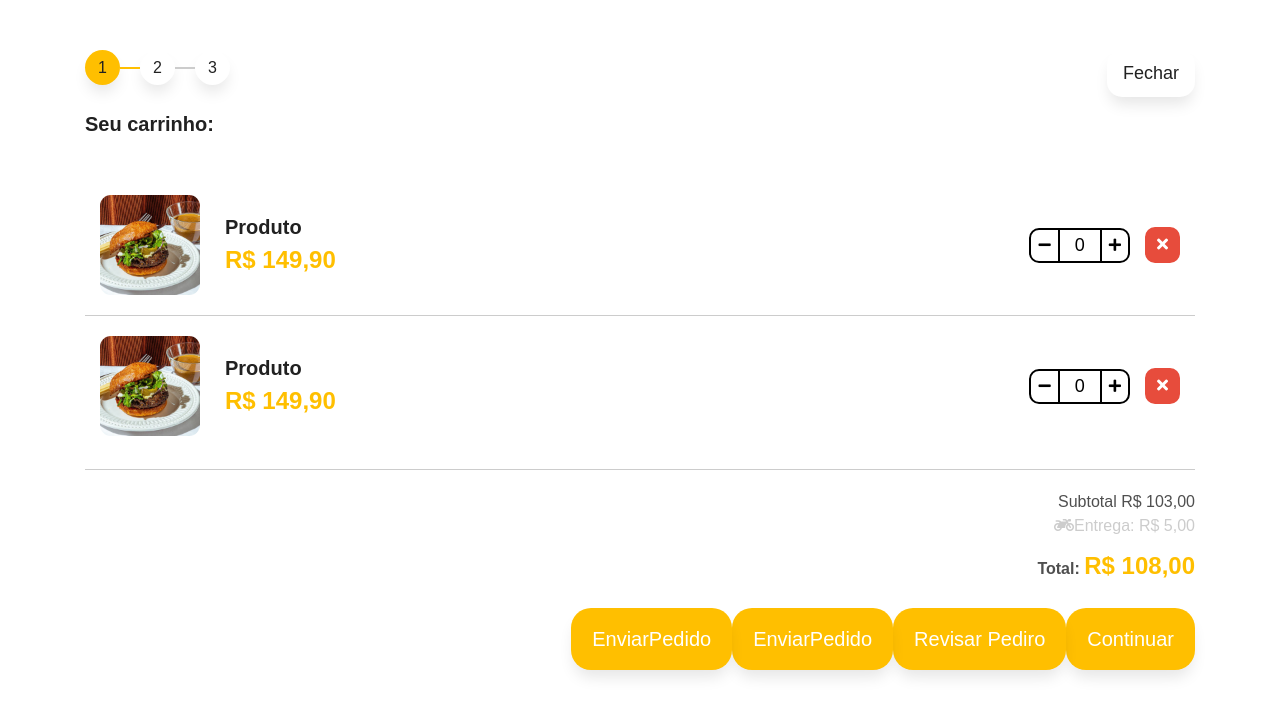
Repository: darkness318/restaraunt
Page: index.html
These files come from the project's save history. The page is drawn as it stood at one moment and after the next save; the edit follows.
The browser window is 1280 px wide. The pictures show the window.
A layer covers the whole window, so only the first screen is drawn.

Above is the page before, as saved 2024-10-01 10:23:37.

### index.html
<!DOCTYPE html>
<html lang="pt-br">
  <head>
    <meta charset="UTF-8" />
    <meta name="viewport" content="width=device-width, initial-scale=1.0" />
    <title>Restaurente - Seja bem vindo!</title>
    <link rel="stylesheet" href="./css/bootstrap.min.css" />
    <link rel="stylesheet" href="./css/fontawesome.css" />
    <link rel="stylesheet" href="./css/main.css" />
  </head>

  <body>
    <section class="header">
      <div class="container">
        <nav class="navbar navbar-expand-lg pl-0 pr-0">
          <a class="navbar-brand" href="#">
            <img src="./img/logo.png" width="160" class="img-logo" />
          </a>
          <button
            class="navbar-toggler"
            type="button"
            data-toggle="collapse"
            data-target="#navbarNavDropdown"
          >
            <span class="navbar-toggler-icon">
              <i class="fas fa-bars"></i>
            </span>
          </button>
          <div class="collapse navbar-collapse" id="navbarNavDropdown">
            <ul class="navbar-nav ml-auto mr-auto">
              <li class="nav-item">
                <a href="#reservas" class="nav-link"><b>Reservas</b></a>
              </li>
              <li class="nav-item">
                <a href="#servicos" class="nav-link"><b>Serviços</b></a>
              </li>
              <li class="nav-item">
                <a href="#cardapio" class="nav-link"><b>Cardápio</b></a>
              </li>
              <li class="nav-item">
                <a href="#depoimentos" class="nav-link"><b>Depoimentos</b></a>
              </li>
            </ul>
            <a class="btn btn-white btn-icon">
              Meu carrinho
              <span class="icon">
                <i class="fa fa-shopping-bag"></i>
              </span>
            </a>
          </div>
        </nav>
      </div>
    </section>

    <section class="banner">
      <div class="container">
        <div class="row">
          <div class="col-6">
            <div class="d-flex text-banner">
              <h1>
                <b>Escolha sua comida <b class="color-primary">favorita.</b></b>
              </h1>
              <p>
                Aproveite nosso cardápio! Escolha o que desejar e receba em sua
                casa de forma rápida e segura.
              </p>
              <div>
                <a class="btn btn-yellow mt-4 mr-3"> Ver Cardápio </a>
                <a href="#" class="btn btn-white btn-icon-left mt-4">
                  <span class="icon-left">
                    <i class="fa fa-phone"></i>
                  </span>
                  (66) 9 9999-8888
                </a>
              </div>
            </div>
            <a class="btn btn-sm btn-white btn-social mt-4 mr-3">
              <i class="fab fa-instagram"></i>
            </a>
            <a class="btn btn-sm btn-white btn-social mt-4 mr-3">
              <i class="fab fa-facebook-f"></i>
            </a>
            <a class="btn btn-sm btn-white btn-social mt-4">
              <i class="fab fa-whatsapp"></i>
            </a>
          </div>
          <div class="col-6">
            <div class="card-banner"></div>
            <div class="d-flex img-banner">
              <img src="./img/burguer.png" />
            </div>
            <div class="card card-case">
              "Entrega rápida e funcionários simpáticos.
              <br />A comida chegou quente e <br />
              muito saborosa!"
              <span class="card-case-name">
                <b>Thiago Lopes</b>
              </span>
            </div>
          </div>
        </div>
      </div>
    </section>
    <section class="servicos" id="servicos">
      <div class="background-servicos"></div>

      <div class="container">
        <div class="class row">
          <div class="col-12 text-center mb-5">
            <span class="hint-title"><b>Serviços</b></span>
            <h1 class="title">
              <b>Como são nossos serviços?</b>
            </h1>
          </div>

          <div class="col-4 mb-5">
            <div class="card-icon text-center">
              <img src="./img/icone-pedido.svg" width="150 " />
            </div>

            <div class="card-text text-center mt-3">
              <p><b>Fácil de pedir</b></p>
              <span>
                Você só precisa de alguns passos para pedir sua comida.
              </span>
            </div>
          </div>

          <div class="col-4 mb-5">
            <div class="card-icon text-center">
              <img src="./img/icone-delivery.svg" width="250 " />
            </div>

            <div class="card-text text-center mt-3">
              <p><b>Entrega Rápida</b></p>
              <span> Nossa entrega é sempre pontual, rápida e segura. </span>
            </div>
          </div>

          <div class="col-4 mb-5">
            <div class="card-icon text-center">
              <img src="./img/icone-qualidade.svg" width="250 " />
            </div>

            <div class="card-text text-center mt-3">
              <p><b>Melhor qualidade</b></p>
              <span>
                Não só a rapidez na entrega, a qualidade também é o nosso forte.
              </span>
            </div>
          </div>
        </div>
      </div>
    </section>
    <section class="cardapio" id="cardapio">
      <div class="background-cardapio"></div>

      <div class="container">
        <div class="row">
          <div class="col-12 text-center mb-5">
            <span class="hint-title"><b>Cardápio</b></span>
            <h1 class="title">
              <b>Conheça o nosso Cardápio</b>
            </h1>
          </div>

          <div class="col-12 container-menu">
            <a class="btn btn-white btn-sm mr-3">
              <i class="fas fa-hamburger"></i>&nbsp;Burgers
            </a>
            <a class="btn btn-white btn-sm mr-3">
              <i class="fas fa-pizza-slice"></i>&nbsp;Pizzas
            </a>
            <a class="btn btn-white btn-sm mr-3">
              <i class="fas fa-drumstick-bite"></i>&nbsp;Churrasco
            </a>
            <a class="btn btn-white btn-sm mr-3">
              <i class="fas fa-bacon"></i>&nbsp;Steaks
            </a>
            <a class="btn btn-white btn-sm mr-3">
              <i class="fas fa-cocktail"></i>&nbsp;Bebidas
            </a>
            <a class="btn btn-white btn-sm mr-3">
              <i class="fas fa-ice-cream"></i>&nbsp;Sobremesas
            </a>
          </div>

          <div class="col-12">
            <div class="row" id="itensCardapio">
              <div class="col-3 mb-5">
                <div class="card card-item">
                  <div class="img-produto">
                    <img
                      src="./img/cardapio/burguers/burger-au-poivre-kit-4-pack.3ca0e39b02db753304cd185638dad518.jpg"
                    />
                  </div>
                  <p class="title-produto text-center mt-4">
                    <b>Nome do produto muito grande</b>
                  </p>
                  <p class="price-produto text-center">
                    <b>R$ 154,90</b>
                  </p>

                  <div class="add-carrinho">
                    <span class="btn-menos"><i class="fas fa-minus"></i></span>
                    <span class="btn-numero-itens">0</span>
                    <span class="btn-mais"><i class="fas fa-plus"></i></span>
                    <span class="btn btn-add"
                      ><i class="fa fa-shopping-bag"></i
                    ></span>
                  </div>
                </div>
              </div>

              <div class="col-3 mb-5">
                <div class="card card-item">
                  <div class="img-produto">
                    <img
                      src="./img/cardapio/burguers/burger-au-poivre-kit-4-pack.3ca0e39b02db753304cd185638dad518.jpg"
                    />
                  </div>
                  <p class="title-produto text-center mt-4">
                    <b>Nome do produto muito grande</b>
                  </p>
                  <p class="price-produto text-center">
                    <b>R$ 154,90</b>
                  </p>

                  <div class="add-carrinho">
                    <span class="btn-menos"><i class="fas fa-minus"></i></span>
                    <span class="btn-numero-itens">0</span>
                    <span class="btn-mais"><i class="fas fa-plus"></i></span>
                    <span class="btn btn-add"
                      ><i class="fa fa-shopping-bag"></i
                    ></span>
                  </div>
                </div>
              </div>

              <div class="col-3 mb-5">
                <div class="card card-item">
                  <div class="img-produto">
                    <img
                      src="./img/cardapio/burguers/burger-au-poivre-kit-4-pack.3ca0e39b02db753304cd185638dad518.jpg"
                    />
                  </div>
                  <p class="title-produto text-center mt-4">
                    <b>Nome do produto muito grande</b>
                  </p>
                  <p class="price-produto text-center">
                    <b>R$ 154,90</b>
                  </p>

                  <div class="add-carrinho">
                    <span class="btn-menos"><i class="fas fa-minus"></i></span>
                    <span class="btn-numero-itens">0</span>
                    <span class="btn-mais"><i class="fas fa-plus"></i></span>
                    <span class="btn btn-add"
                      ><i class="fa fa-shopping-bag"></i
                    ></span>
                  </div>
                </div>
              </div>

              <div class="col-3 mb-5">
                <div class="card card-item">
                  <div class="img-produto">
                    <img
                      src="./img/cardapio/burguers/burger-au-poivre-kit-4-pack.3ca0e39b02db753304cd185638dad518.jpg"
                    />
                  </div>
                  <p class="title-produto text-center mt-4">
                    <b>Nome do produto muito grande</b>
                  </p>
                  <p class="price-produto text-center">
                    <b>R$ 154,90</b>
                  </p>

                  <div class="add-carrinho">
                    <span class="btn-menos"><i class="fas fa-minus"></i></span>
                    <span class="btn-numero-itens">0</span>
                    <span class="btn-mais"><i class="fas fa-plus"></i></span>
                    <span class="btn btn-add"
                      ><i class="fa fa-shopping-bag"></i
                    ></span>
                  </div>
                </div>
              </div>
            </div>
          </div>
          <div class="col-12 text-center">
            <a class="btn btn-white btn-sm">Ver mais</a>
          </div>
        </div>
      </div>
    </section>
    <section class="depoimentos" id="depoimentos">
      <div class="background-depoimentos"></div>
      <div class="container">
        <div class="row">
          <div class="col-5 text-center">
            <div class="card-depoimentos"></div>
            <div class="d-flex img-banner">
              <img src="./img/pizzas.png" />
            </div>
          </div>

          <div class="col-7">
            <span class="hint-title"><b>Depoimentos</b></span>
            <h1 class="title">
              <b>O que dizem sobre nós</b>
            </h1>
            <div class="mb-5">
              <div class="depoimento" id="depoimento-1">
                <div class="container-dados-depoimento">
                  <div class="imagem-depoimento"></div>
                  <div>
                    <p class="nome-depoimento"><b>Diego Pereira</b></p>
                    <p class="nota-depoimento">
                      <i class="fas fa-star"></i>
                      <i class="fas fa-star"></i>
                      <i class="fas fa-star"></i>
                      <i class="fas fa-star"></i>
                      <i class="fas fa-star-half-alt"></i>&nbsp;
                      <span>4.5</span>
                    </p>
                  </div>
                </div>
                <p class="texto-depoimento">
                  <i class="fas fa-quote-left"></i>
                  <span>
                    Muito bom, recomendo demais! Comida muito bem feita pelo
                    chefe, atendimento dentro dos parâmetros e boa comunicação
                    com o cliente.
                  </span>
                  <i class="fas fa-quote-right"></i>
                </p>
              </div>

              <div class="depoimento hidden" id="depoimento-2">
                <div class="container-dados-depoimento">
                  <div class="imagem-depoimento"></div>
                  <div>
                    <p class="nome-depoimento"><b>Ana Beatriz</b></p>
                    <p class="nota-depoimento">
                      <i class="fas fa-star"></i>
                      <i class="fas fa-star"></i>
                      <i class="fas fa-star"></i>
                      <i class="fas fa-star"></i>
                      <i class="fas fa-star"></i>&nbsp; <span>5.0</span>
                    </p>
                  </div>
                </div>
                <p class="texto-depoimento">
                  <i class="fas fa-quote-left"></i>
                  <span>
                    Um jantar perfeito do começo ao fim. Comida, experiência,
                    serviço... foi tão maravilhoso que fomos dois dias seguidos
                    - fato inédito para mim em uma viagem.
                  </span>
                  <i class="fas fa-quote-right"></i>
                </p>
              </div>

              <div class="depoimento hidden" id="depoimento-3">
                <div class="container-dados-depoimento">
                  <div class="imagem-depoimento"></div>
                  <div>
                    <p class="nome-depoimento"><b>João Guilherme</b></p>
                    <p class="nota-depoimento">
                      <i class="fas fa-star"></i>
                      <i class="fas fa-star"></i>
                      <i class="fas fa-star"></i>
                      <i class="fas fa-star"></i>
                      <i class="far fa-star"></i>&nbsp; <span>4.0</span>
                    </p>
                  </div>
                </div>
                <p class="texto-depoimento">
                  <i class="fas fa-quote-left"></i>
                  <span>
                    A comida estava excelente e o serviço gentil nos
                    surpreendeu! Dica: reserve umas 3 horas para ter uma
                    experiência incrível.
                  </span>
                  <i class="fas fa-quote-right"></i>
                </p>
              </div>
            </div>

            <a class="btn btn-sm btn-white btn-social mr-3 active">1</a>
            <a class="btn btn-sm btn-white btn-social mr-3">2</a>
            <a class="btn btn-sm btn-white btn-social">3</a>
          </div>
        </div>
      </div>
    </section>
    <section class="reserva" id="reserva">
      <div class="container">
        <div class="row">
          <div class="col-12">
            <div class="card-secondary">
              <div class="row">
                <div class="col-7">
                  <span class="hint-title"><b>Reserva</b></span>
                  <h1 class="title">
                    <b>Quer reservar um horário?</b>
                  </h1>
                  <p class="pr-5">
                    Mande uma mensagem clicando no botão abaixo
                    <br />
                    Reserve sua data e horário de forma simples e rápida.
                  </p>
                  <a class="btn btn-yellow mt-4"> Fazer reserva </a>
                </div>

                <div class="col-5">
                  <div class="card-reserva"></div>
                  <div class="d-flex img-banner">
                    <img src="./img/icone-reserva.svg" />
                  </div>
                </div>
              </div>
            </div>
          </div>
        </div>
      </div>
    </section>

    <section class="footer">
      <div class="container">
        <div class="row">
          <div class="col-3 container-logo-footer">
            <img class="logo-footer" src="./img/logo.png" />
          </div>

          <div class="col-6 container-texto-footer">
            <p class="mb-0">
              <b>Menu On-line</b> &copy; Todos os direitos reservados
            </p>
          </div>

          <div class="col-3 container-redes-footer">
            <a class="btn btn-sm btn-white btn-social mr-3">
              <i class="fab fa-instagram"></i>
            </a>
            <a class="btn btn-sm btn-white btn-social mr-3">
              <i class="fab fa-facebook-f"></i>
            </a>
            <a class="btn btn-sm btn-white btn-social">
              <i class="fab fa-whatsapp"></i>
            </a>
          </div>
        </div>
      </div>
    </section>

    <div class="modal-full" id="modalCarrinho">
      <div class="m-header">
        <div class="container">
          <a class="btn btn-white btn-sm float-right"> Fechar </a>

          <div class="etapas">
            <div class="etapa etapa1 active">1</div>
            <div class="etapa etapa2">2</div>
            <div class="etapa etapa3">3</div>
          </div>
          <p class="title-carrinho mt-4">
            <b id="lblTituloEtapa">Seu carrinho:</b>
          </p>
        </div>
      </div>

      <div class="m-body">
        <div class="container">
          <div id="itensCarrinho" class="row mr-0 ml-0">
            <div class="col-12 item-carrinho">
              <div class="img-produto">
                <img
                  src="./img/cardapio/burguers/burger-au-poivre-kit-4-pack.3ca0e39b02db753304cd185638dad518.jpg"
                />
              </div>
              <div class="dados-produto">
                <p class="title-produto"><b>Produto</b></p>
                <p class="price-produto"><b>R$ 149,90</b></p>
              </div>
              <div class="add-carrinho">
                <span class="btn-menos"><i class="fas fa-minus"></i></span>
                <span class="btn-numero-itens">0</span>
                <span class="btn-mais"><i class="fas fa-plus"></i></span>
                <span class="btn btn-remove"><i class="fa fa-times"></i></span>
              </div>
            </div>
            <!-- segundo item do carrinho   -->
            <div class="col-12 item-carrinho">
              <div class="img-produto">
                <img
                  src="./img/cardapio/burguers/burger-au-poivre-kit-4-pack.3ca0e39b02db753304cd185638dad518.jpg"
                />
              </div>
              <div class="dados-produto">
                <p class="title-produto"><b>Produto</b></p>
                <p class="price-produto"><b>R$ 149,90</b></p>
              </div>
              <div class="add-carrinho">
                <span class="btn-menos"><i class="fas fa-minus"></i></span>
                <span class="btn-numero-itens">0</span>
                <span class="btn-mais"><i class="fas fa-plus"></i></span>
                <span class="btn btn-remove"><i class="fa fa-times"></i></span>
              </div>
            </div>
          </div>

          <div id="localEntrega" class="row mr-0 ml-0 hidden"></div>

          <div id="resumoCarrinho" class="row mr-0 ml-0 hidden"></div>
        </div>
      </div>

      <div class="m-footer">
        <div class="container">
          <div class="container-total text-right mb-4 ">
            <p class="mb-0">
              <span>Subtotal</span>
              <span id="lblSubtotal">R$ 103,00</span>
            </p>
            <p class="mb-0 texto-entrega">
              <span><i class="fas fa-motorcycle"></i>Entrega:</span>
              <span id="lblValorEntrega">R$ 5,00</span>
            </p>
            <p class="mb-0 texto-total"></p>
              <span><b>Total:</b></span>
              <span class="valor-total" id="lblValorTotal"><b>R$ 108,00</b></span>
            </p>
          </div>
          <a class="btn btn-yellow float-right" id="btnEtapaPedido">Continuar</a>
          <a class="btn btn-yellow float-right hiden" id="btnEtapaEndereco">Revisar Pediro</a>
          <a class="btn btn-yellow float-right hiden" id="btnEtapaResumo">EnviarPedido</a>
          <a class="btn btn-yellow float-right hiden" id="btnEtapaResumo">EnviarPedido</a>
        </div>
      </div>
    </div>

    <script type="text/javascript" src="./js/jquery-1.12.4.min.js"></script>
    <script type="text/javascript" src="./js/modernizr-3.5.0.min.js"></script>
    <script type="text/javascript" src="./js/bootstrap.min.js"></script>
    <script type="text/javascript" src="./js/popper.min.js"></script>
  </body>
</html>

Loaded but not shown: css/bootstrap.min.css (library); css/fontawesome.css (library); js/jquery-1.12.4.min.js (library); js/modernizr-3.5.0.min.js (library); js/bootstrap.min.js (library); js/popper.min.js (library); css/main.css (621 lines, source omitted)

After the next save:
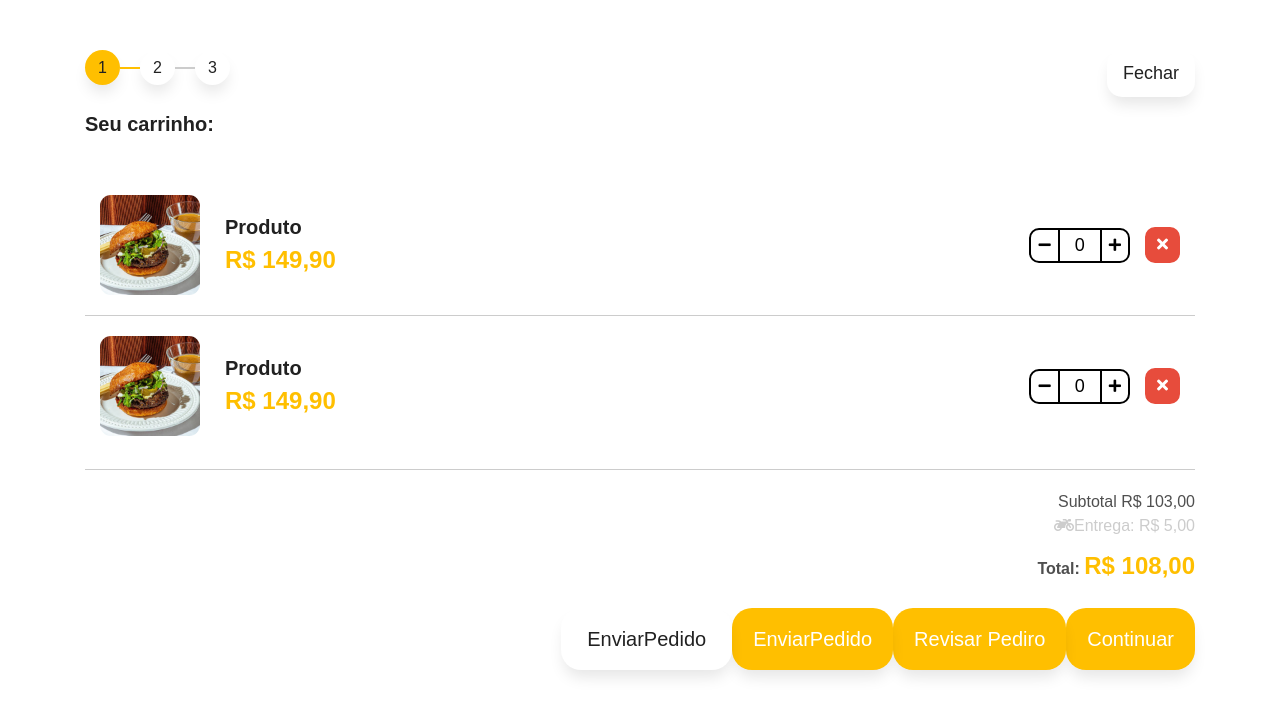
Saved 8 s later.
--- a/index.html
+++ b/index.html
@@ -536,7 +536,7 @@
           <a class="btn btn-yellow float-right" id="btnEtapaPedido">Continuar</a>
           <a class="btn btn-yellow float-right hiden" id="btnEtapaEndereco">Revisar Pediro</a>
           <a class="btn btn-yellow float-right hiden" id="btnEtapaResumo">EnviarPedido</a>
-          <a class="btn btn-yellow float-right hiden" id="btnEtapaResumo">EnviarPedido</a>
+          <a class="btn btn-white float-right hiden" id="btnEtapaResumo">EnviarPedido</a>
         </div>
       </div>
     </div>
